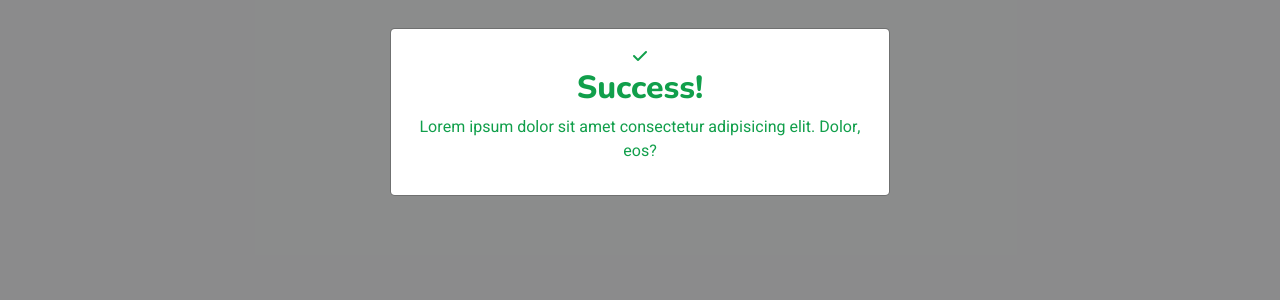
Repository: Dangtrinh28/thuymoc
Page: bookingSuccess.html
These files come from the project's save history. The page is drawn as it stood at one moment and after the next save; the edit follows.
The browser window is 1280 px wide. The pictures show the whole page.
Some web libraries are served in a nearby version.

Above is the page before, as saved 2022-11-25 04:06:10.

### bookingSuccess.html
<!DOCTYPE html>
<html lang="en">

<head>
    <meta charset="UTF-8">
    <meta http-equiv="X-UA-Compatible" content="IE=edge">
    <meta name="viewport" content="width=device-width, initial-scale=1.0">

    <!-- google font link -->
    <link rel="preconnect" href="https://fonts.googleapis.com">
    <link rel="preconnect" href="https://fonts.gstatic.com" crossorigin>
    <link
        href="https://fonts.googleapis.com/css2?family=Heebo:wght@400;500;600&family=Nunito:wght@600;700;800&family=Pacifico&display=swap"
        rel="stylesheet">

    <!-- Icon link -->
    <link rel="stylesheet" href="./assets/font/fontawesome/css/all.min.css">
    <link href="https://cdnjs.cloudflare.com/ajax/libs/font-awesome/5.10.0/css/all.min.css" rel="stylesheet">
    <link href="https://cdn.jsdelivr.net/npm/bootstrap-icons@1.4.1/font/bootstrap-icons.css" rel="stylesheet">

    <!-- link lib -->
    <link rel="stylesheet" href="./assets/lib/animate/animate.min.css">
    <link rel="stylesheet" href="./assets/lib/owlcarousel/assets/owl.carousel.min.css">
    <link rel="stylesheet" href="./assets/lib/tempusdominus/css/tempusdominus-bootstrap-4.min.css">

    <!-- link bootstraps custom  -->
    <link href="./assets/css/bootstrap.css" rel="stylesheet">

    <!-- link custom -->
    <link rel="stylesheet" href="./assets/css/index.css">
    <!-- link custom end-->
    <link rel="icon" type="image/x-icon"
        href="https://scontent.fsgn2-4.fna.fbcdn.net/v/t39.30808-6/301127842_1060078351356985_3224039168656005356_n.jpg?_nc_cat=101&ccb=1-7&_nc_sid=09cbfe&_nc_ohc=boITfAPyxDEAX8ESDnk&_nc_ht=scontent.fsgn2-4.fna&oh=00_AfCC23TquV2izwz9e55nnw0-pZBRnxj3js4zwfv7_lGcQQ&oe=63633C5B">
        <title>Thủy Mộc Restaurant</title>

</head>
<body>
    <div class="container" >
        <div class="modal" style="display: block; background-color: rgba(128, 128, 128,0.9);">
            <div class="modal-dialog">
                <div class="modal-content">
                    <div class="modal-body text-primary text-center">
                        <i class="modal-body-icon fa-solid fa-check"></i>
                        <h2 class="text-primary">Success!</h2>
                        <p>Lorem ipsum dolor sit amet consectetur adipisicing elit. Dolor, eos?</p>
                    </div>
                </div>
            </div>
        </div>
    </div>





    <script src="https://code.jquery.com/jquery-3.4.1.min.js"></script>
    <script src="https://cdn.jsdelivr.net/npm/bootstrap@5.0.2/dist/js/bootstrap.bundle.min.js"></script>
    <script src="https://smtpjs.com/v3/smtp.js"></script>
    <script src="./assets/lib/wow/wow.min.js"></script>
    <script src="./assets/lib/easing/easing.min.js"></script>
    <script src="./assets/lib/waypoints/waypoints.min.js"></script>
    <script src="./assets/lib/counterup/counterup.min.js"></script>
    <script src="./assets/lib/owlcarousel/owl.carousel.min.js"></script>
    <script src="./assets/js/index.js"></script>
</body>
</html>

### assets/css/index.css
:root {
  --primary: ;
}

/* base css */
.hero-header {
  background: linear-gradient(rgba(15, 23, 43, 0.9), rgba(15, 23, 43, 0.9)),
    url(../img/banner/banner2.png);
  background-position: center center;
  background-repeat: no-repeat;
  background-size: cover;
}

.btn {
  font-family: "Nunito", sans-serif;
  font-weight: 500;
  text-transform: uppercase;
  transition: 0.5s;
}

.btn-primary,
.btn-secondary {
  color: var(--bs-white);
}

.product-img {
  width: 100%;
  height: 216px;
  background-position: center;
  background-repeat: no-repeat;
  background-size: cover;
}

/* đặt bàn online */
.video {
  position: relative;
  height: 100%;
  min-height: 500px;
  background: linear-gradient(rgba(15, 23, 43, 0.1), rgba(15, 23, 43, 0.1)),
    url(../img/booking/booking.png);
  background-position: center center;
  background-repeat: no-repeat;
  background-size: cover;
}

.video .btn-play {
  position: absolute;
  z-index: 3;
  top: 50%;
  left: 50%;
  transform: translate(-50%);
  box-sizing: content-box;
  display: block;
  width: 32px;
  height: 44px;
  border-radius: 50%;
  border: none;
  outline: none;
  padding: 18px 20px 18px 28px;
}

.video .btn-play::before {
  content: "";
  position: absolute;
  z-index: 0;
  top: 50%;
  left: 50%;
  transform: translateX(-50%) translateY(-50%);
  display: block;
  width: 100px;
  height: 100px;
  background: var(--bs-primary);
  border-radius: 50%;
  animation: pulse-border 1500ms ease-out infinite;
}

.video .btn-play::after {
  content: "";
  position: absolute;
  z-index: 1;
  left: 50%;
  top: 50%;
  transform: translateX(-50%) translateY(-50%);
  display: block;
  width: 100px;
  height: 100px;
  background: var(--primary);
  border-radius: 50%;
  transition: all 200ms;
}

.video .btn-play img {
  position: relative;
  z-index: 3;
  max-width: 100%;
  width: auto;
  height: auto;
}

.video .btn-play span {
  display: block;
  position: relative;
  z-index: 3;
  width: 0;
  height: 0;
  border-left: 32px solid var(--bs-dark);
  border-top: 22px solid transparent;
  border-bottom: 22px solid transparent;
}

@keyframes pulse-border {
  0% {
    transform: translateX(-50%) translateY(-50%) translateZ(0) scale(1);
    opacity: 1;
  }
  100% {
    transform: translateX(-50%) translateY(-50%) translateZ(0) scale(1.5);
    opacity: 0;
  }
}

/* team */
.w-65 {
  width: 65% !important;
}

/* feedback */
.testimonial-carousel .owl-item.center .testimonial-item {
  background: var(--bs-primary) !important;
  border-color: var(--bs-primary) !important;
}

.testimonial-carousel .owl-item.center .testimonial-item * {
  color: var(--bs-light);
}

.testimonial-carousel .owl-dots {
  margin-top: 24px;
  display: flex;
  align-items: flex-end;
  justify-content: center;
}

.testimonial-carousel .owl-dot {
  position: relative;
  display: inline-block;
  margin: 0 5px;
  width: 15px;
  height: 15px;
  border: 1px solid #ccc;
  border-radius: 15px;
  transition: 0.5s;
}

.testimonial-carousel .owl-dot.active {
  background: var(--bs-primary);
  border-color: var(--bs-primary);
}

.text__height-hiden {
  height: 120px;
  overflow: hidden;
  display: -webkit-box;
  -webkit-box-orient: vertical;
  -webkit-line-clamp: 5;
}

/* footer */
.footer .copyright {
  padding: 25px 0;
  font-size: 15px;
  border-top: 1px solid rgba(256, 256, 256, 0.1);
}

.footer .copyright a {
  color: var(--bs-light);
}

.footer .footer-menu a {
  margin-right: 15px;
  padding-right: 15px;
  border-right: 1px solid rgba(256, 256, 256, 0.1);
}

.back-to-top {
  position: fixed;
  display: none;
  right: 45px;
  bottom: 45px;
  z-index: 99;
}

/* navbar */
.navbar-dark .navbar-nav .nav-link {
  position: relative;
  margin-left: 25px;
  padding: 15px 0;
  font-size: 15px;
  color: var(--bs-light) !important;
  text-transform: uppercase;
  font-weight: 500;
  outline: none;
  transition: 0.5s;
}

@media (min-width: 992px) {
  .navbar-dark {
    position: absolute;
    width: 100%;
    top: 0;
    left: 0;
    z-index: 999;
    background: transparent !important;
  }
}

.text-featured {
  font-size: 16px;
  line-height: 1.6;
  padding: 20px;
}

.text-featured::first-letter {
  font-size: 30px;
  line-height: 30px;
  float: left;
  display: block;
}

@media (max-width: 992px)  {
  .navbar-dark .navbar-nav .nav-link {
    margin: 0;
  }
}

### assets/js/index.js
(function ($) {
  "use strict";

  // wow js
  new WOW().init();

  //counter-up
  $('[data-toggle="counter-up"]').counterUp({
    delay: 10,
    time: 2000,
  });

  $(window).scroll(function () {
    if ($(this).scrollTop() > 45) {
      $(".navbar").addClass("sticky-top shadow-sm");
    } else {
      $(".navbar").removeClass("sticky-top shadow-sm");
    }
  });

  $(document).ready(function () {
    var $videoSrc;
    $(".btn-play").click(function () {
      $videoSrc = $(this).data("src");
    });
    console.log($videoSrc);

    $("#videoModal").on("shown.bs.modal", function (e) {
      $("#video").attr(
        "src",
        $videoSrc + "?autoplay=1&amp;modestbranding=1&amp;showinfo=0"
      );
    });

    $("#videoModal").on("hide.bs.modal", function (e) {
      $("#video").attr("src", $videoSrc);
    });
  });

  // testimonial-carousel
  $(".testimonial-carousel").owlCarousel({
    autoplay: true,
    smartSpeed: 1500,
    center: true,
    margin: 24,
    dots: true,
    loop: true,
    nav: false,
    responsive: {
      0: {
        items: 1,
      },
      768: {
        items: 2,
      },
      992: {
        item: 3,
      },
    },
  });
  //
  $(window).scroll(function () {
    if ($(this).scrollTop() > 300) {
      $(".back-to-top").fadeIn("slow");
    } else {
      $(".back-to-top").fadeOut("slow");
    }
  });

  $(".back-to-top").click(function () {
    $("html, body").animate({ scrollTop: 0 }, 100, "easeInOutExpo");
    return false;
  });
})(jQuery);

    // pass xcliahnbanukicoz

function sendEmail() {
  let useNames = document.getElementById("names").value;
  let numberPhone = document.getElementById("numberPhone").value;
  let email = document.getElementById("email").value;
  let qualitys = document.getElementById("qualitys").value;
  let times = document.getElementById("times").value;
  let date = document.getElementById("date").value;
  let messages = document.getElementById("messages").value;
  let body = "Tên khách hàng:" + useNames + "<br/> Số điện thoại: " + numberPhone + "<br/> Tên gmail của quý khách: " + email + "<br/> Số lượng khách hàng: " + qualitys + "<br/> Thời gian đến: " + times + "<br/> Ngày đến: " + date + "<br/> Yêu cầu của quý khách: " + messages ;


  Email.send({
    // SMTPport: 2525,
    Host : "smtp.elasticemail.com",
    Username : "nguyencaodangtrinhtv3@gmail.com",
    Password : "B2145E9AB344FD4C1D449007775D22DCDDA7",
    To : 'dtrinhit04@gmail.com',
    From : "nguyencaodangtrinhtv3@gmail.com",
    Subject : "Đặt bàn online tại Thủy Mộc for web",
    Body : body,
}).then(
  message => alert(message)
);
}

Loaded but not shown: assets/font/fontawesome/css/all.min.css (library); assets/lib/animate/animate.min.css (library); assets/lib/owlcarousel/assets/owl.carousel.min.css (common file); assets/lib/tempusdominus/css/tempusdominus-bootstrap-4.min.css (library); assets/css/bootstrap.css (library); assets/lib/wow/wow.min.js (library); assets/lib/easing/easing.min.js (common file); assets/lib/waypoints/waypoints.min.js (library); assets/lib/counterup/counterup.min.js (common file); assets/lib/owlcarousel/owl.carousel.min.js (library)

After the next save:
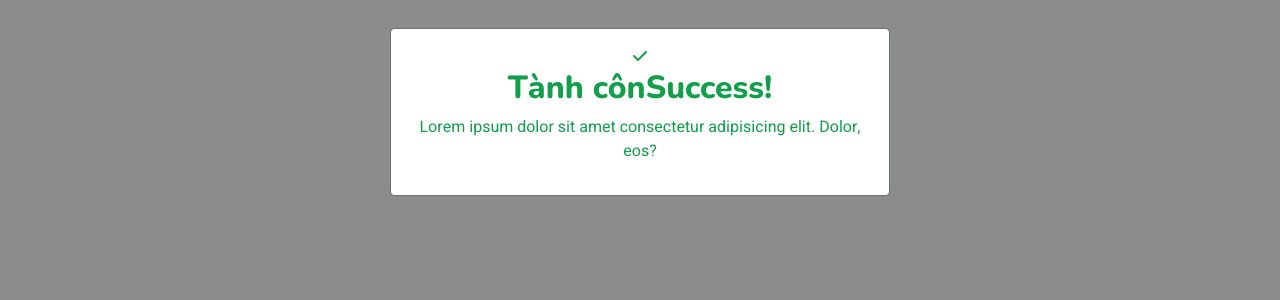
Saved 75 s later.
--- a/bookingSuccess.html
+++ b/bookingSuccess.html
@@ -41,7 +41,7 @@
                 <div class="modal-content">
                     <div class="modal-body text-primary text-center">
                         <i class="modal-body-icon fa-solid fa-check"></i>
-                        <h2 class="text-primary">Success!</h2>
+                        <h2 class="text-primary">Tành cônSuccess!</h2>
                         <p>Lorem ipsum dolor sit amet consectetur adipisicing elit. Dolor, eos?</p>
                     </div>
                 </div>
